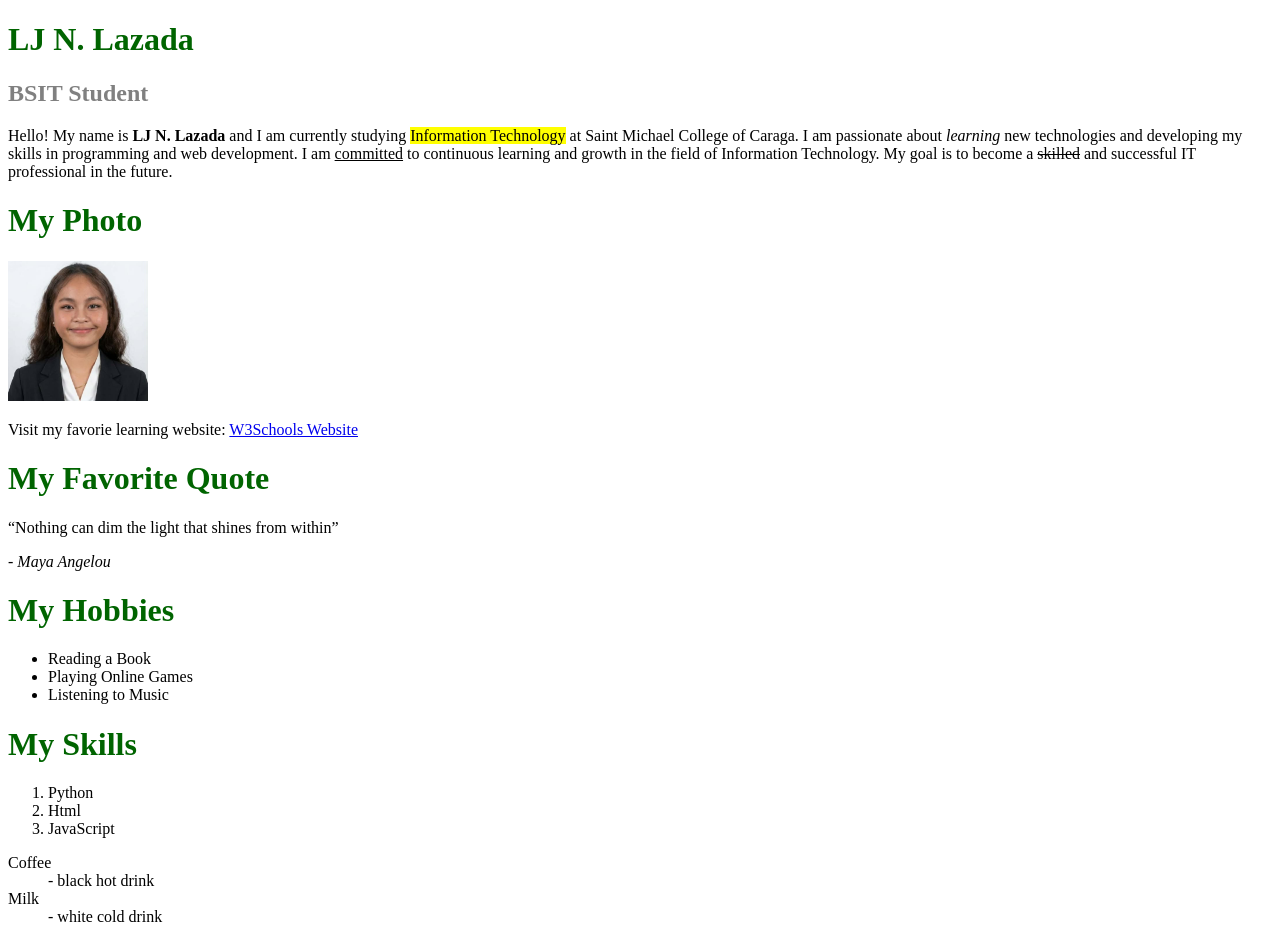
Repository: ljlazada11/myfirsthtml
Page: index.html
These files come from the project's save history. The page is drawn as it stood at one moment and after the next save; the edit follows.
The browser window is 1280 px wide. The pictures show the whole page.

Above is the page before, as saved 2026-06-24 20:06:28.

After the next save:
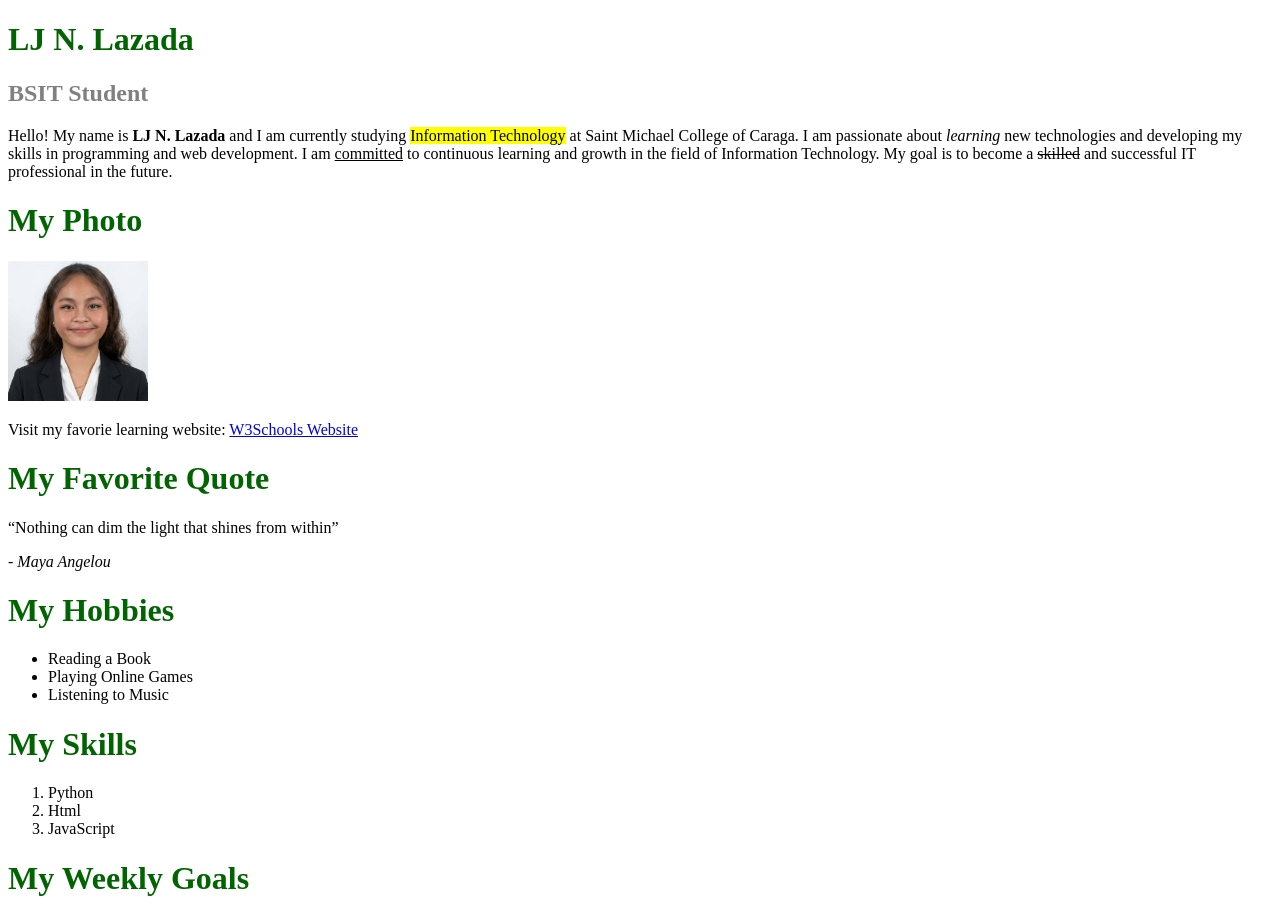
Saved 94 s later.
--- a/index.html
+++ b/index.html
@@ -36,12 +36,8 @@
         <li>JavaScript</li>
     </ol>
 <body>
-    <dl>
-        <dt>Coffee</dt>
-        <dd>- black hot drink</dd>
-        <dt>Milk</dt>
-        <dd>- white cold drink</dd>
-    </dl>
+    <h1 style="color:darkgreen">My Weekly Goals</h1>
+
 </body>
 
 
